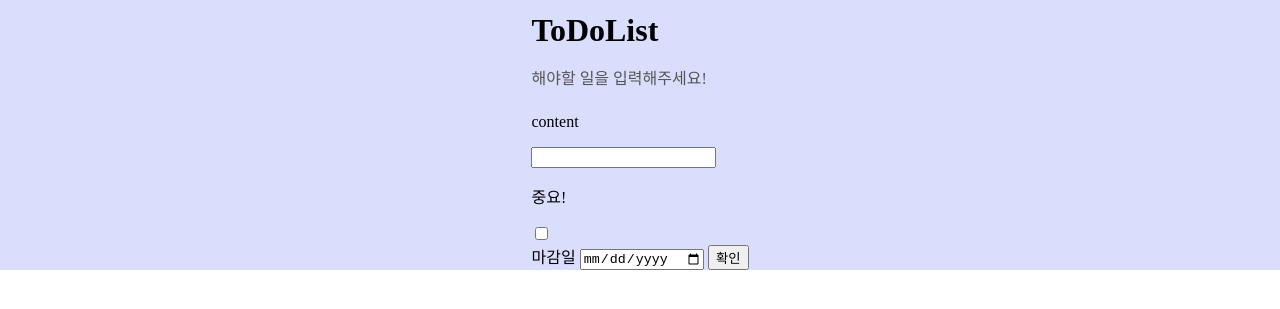
Repository: leesaereum/ToDoList
Page: http://localhost/ToDo/create.jsp
An editor plug-in stored every save of this project. The page is shown before and after the next save, followed by the edit.
The browser window is 1280 px wide. The pictures show the whole page.
The page is served by Tomcat 9. Other server files are loaded and not shown.

Above is the page before, as saved 2022-03-29 06:32:15.

### ToDo/src/main/webapp/create.jsp
<%@ page language="java" contentType="text/html; charset=UTF-8"
    pageEncoding="UTF-8"%>
<!DOCTYPE html>
<html>
<head>
<meta charset="UTF-8">
<style type="text/css">
<title>ToDoList작성</title>

html{
	height: 100%;
}
body{
	margin: 0;
	padding: 0;
	height: 100%;
}
.signIn__wrap{
	width: 100%;
	height: 100%;
	display:flex;
	justify-content: center;
	align-items: center;
	background-color: #DADEFD
}
.signIn__content{
	width: 280px;
	height: 400px;
	padding: 30px;
	background-color: white;
	border-radius: 16px;
}
.signIn__title{
	margin: 12px 0 16px;
}
.signIn__description{
	color: #555;
	margin: 0 0 24px;
}
.signIn__subTitle{
	font-size: 14px;
	font-weight: bold;
	margin: 4px 0;
}
.signIn__liner{
	margin-bottom: 16px;
}
.signIn__input{
	width: 280px;
	height: 40px;
	box-sizing: border-box;
	border-radius: 32px;
	border: 1px solid #aaa;
	padding: 8px 16px;
	line-height: 24px;
}
.signIn__submit{
	width: 280px;
	background-color:royalblue;
	color: white;
	height: 44px;
	margin: 24px 0;
	border-radius: 32px;
	cursor: pointer;
}
.signIn__info{
	margin: 0;
	font-size: 14px;
}
</style>
</head>
<body>
<div class="signIn__wrap">
<div class="signIn_content">
<h1 class="signIn__title">ToDoList</h1>
<p class="signIn__description">해야할 일을 입력해주세요!</p>
	<form action="create_list.do" method="get">
			<div class="signIn_liner">
			<p class="signIn_subTitle"> content </p>
			<input type="text" name="content">
			</div>
		<div class="signIn_liner">
		<p class="signIn_subTitle"> 중요! </p>
		<input type="checkbox" name="isImportant" value = "1">
		</div>
			마감일
			<input type="date" name="finishDate">

			<input type="submit" value="확인">
		</form>
</div>
</div>




</body>
</html>

After the next save:
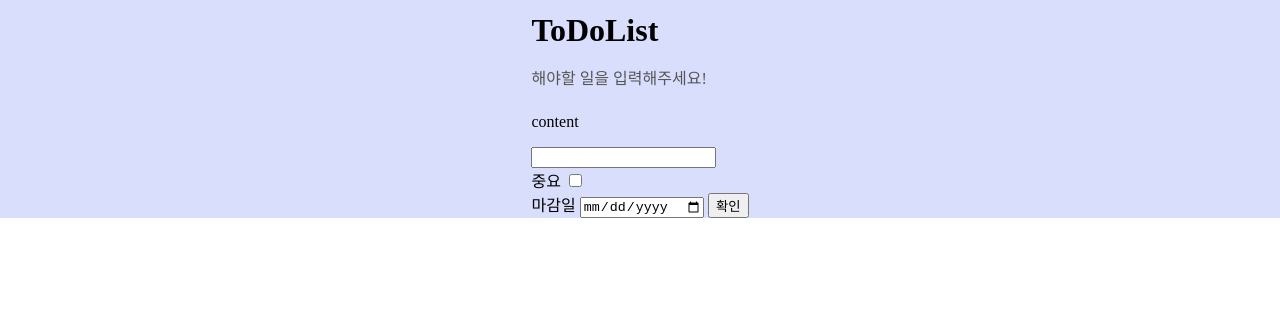
Saved 94 s later.
--- a/ToDo/src/main/webapp/create.jsp
+++ b/ToDo/src/main/webapp/create.jsp
@@ -80,8 +80,7 @@ body{
 			<input type="text" name="content">
 			</div>
 		<div class="signIn_liner">
-		<p class="signIn_subTitle"> 중요! </p>
-		<input type="checkbox" name="isImportant" value = "1">
+		중요 <input type="checkbox" name="isImportant" value = "1">
 		</div>
 			마감일
 			<input type="date" name="finishDate">
